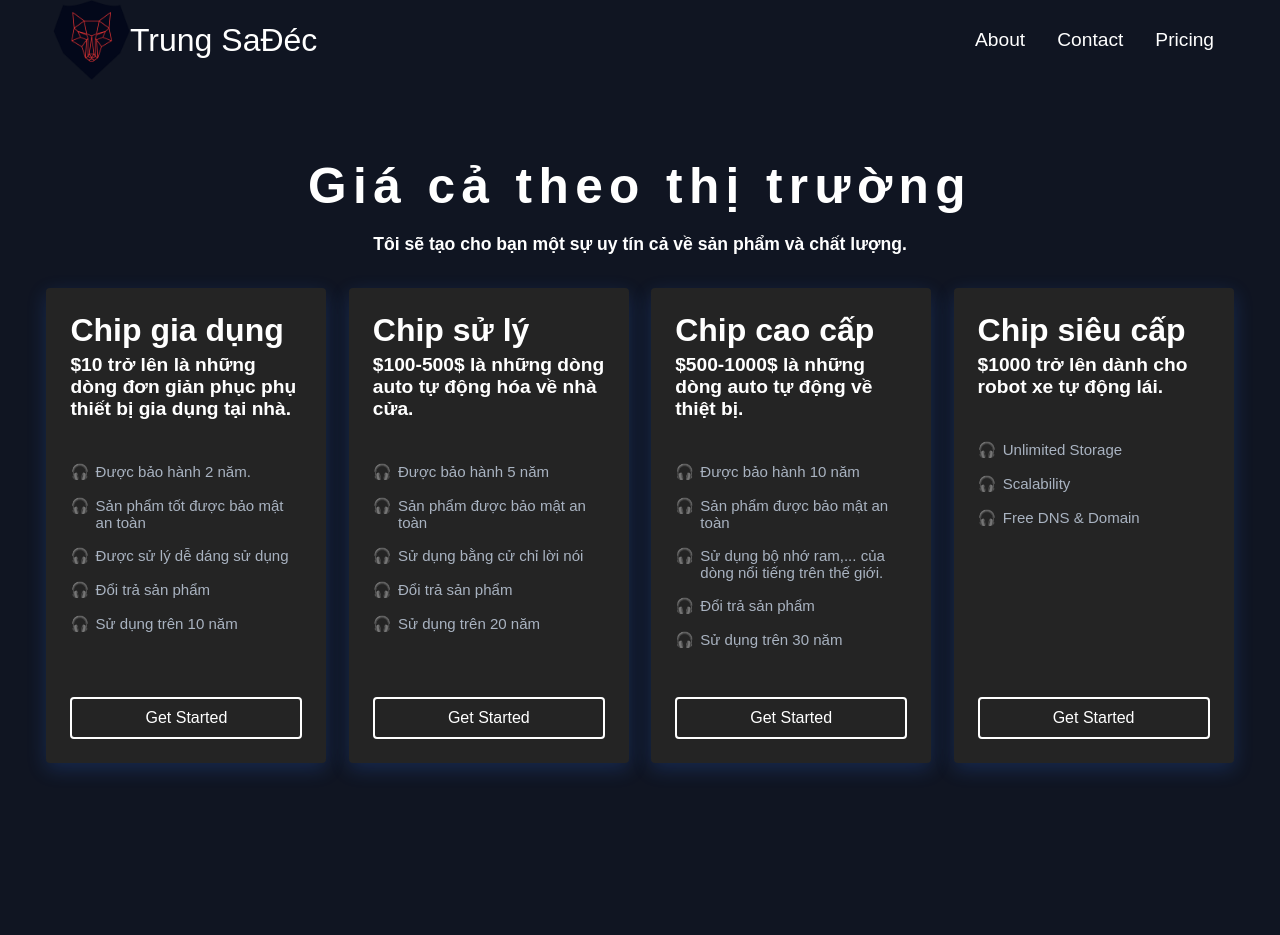
Repository: fdhhhdjd/Profile-Gift-B_H_Q_Trung
Page: /pricing
The author's editor kept a copy of each file at every save. The page is drawn from the files as they stood at one save, then again after the next save.
The browser window is 1280 px wide. The pictures show the whole page.
The project was rebuilt for these pictures with package versions that can differ from the ones it lists, and the page was loaded fresh each time. Also part of the build but not shown: src/App.css, src/Pages/Home.js, src/Styles/HeroStyles.js, src/Components/Hero.js. Imported but missing from the stored project, and not drawn on this page: src/Pages/SignUpPage.

Above is the page before, as saved 2021-10-28 17:07:06.

After the next save:
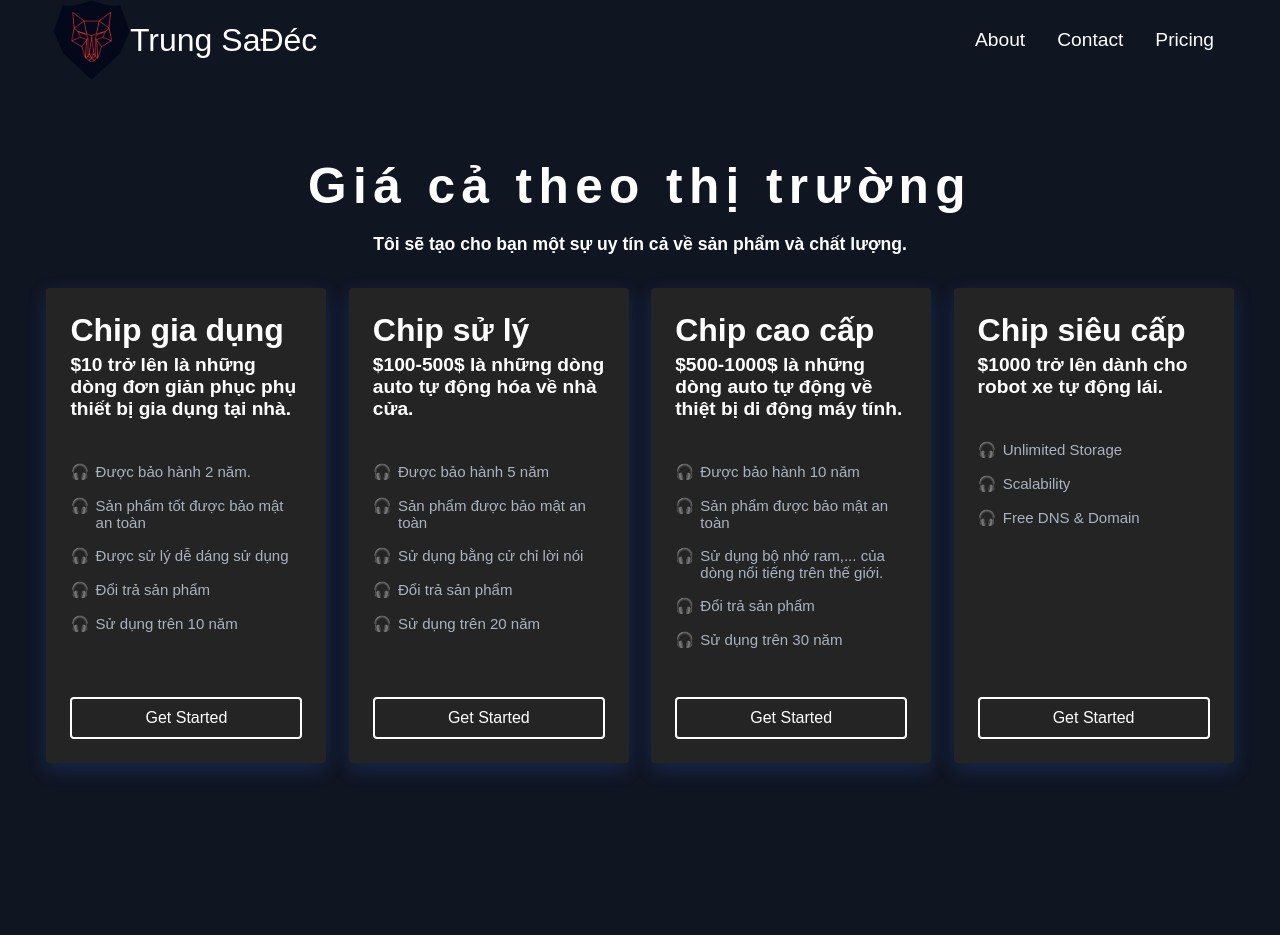
Saved 5 s later.
--- a/src/Data/PricingData.js
+++ b/src/Data/PricingData.js
@@ -25,7 +25,8 @@ export const pricingData = [
   },
   {
     title: "Chip cao cấp ",
-    price: "$500-1000$ là những dòng auto tự động về thiệt bị. ",
+    price:
+      "$500-1000$ là những dòng auto tự động về thiệt bị di động máy tính. ",
     numAcc: "50-1000 accounts",
     features: [
       "Được bảo hành 10 năm",
